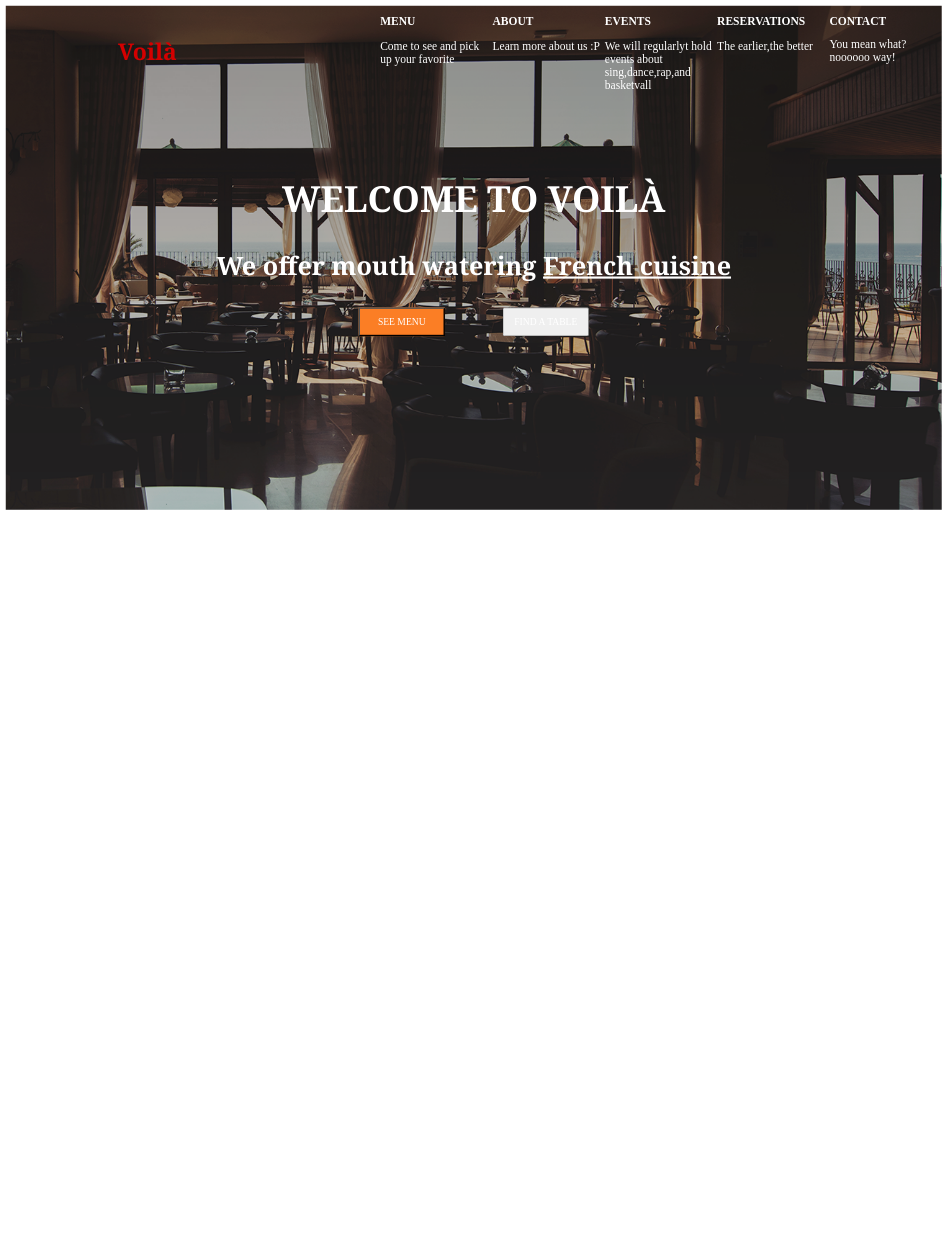
Repository: sis-shen/HTML_vsc
Page: adc_v2/index.html
An editor plug-in stored every save of this project. The page is shown before and after the next save, followed by the edit.
The browser window is 1280 px wide. The page is 1308 px wide, so the pictures cover 1308 px, including what lies to the right of the window. The pictures show the whole page, at 72% of full size.
The pointer rests on the first visible `.b-left button`.

Above is the page before, as saved 2023-08-14 08:50:57.

### adc_v2/index.html
<!DOCTYPE html>
<html lang="zh-CN">
<head>
    <meta charset="UTF-8">
    <meta name="viewport" content="width=device-width, initial-scale=1.0">
    <title>王八餐厅</title>
    <link rel="stylesheet" href="style.css">
    <link rel="shotcut icon" href="img/王者.png">
</head>
<body>
    <div class="top-box">
        <div class="nav">
            <div class="t-left"><h1>Voilà </h1></div>

            <div class="t-right">
                <div class="nav-box"><h2>MENU</h2>
                    <p>Come to see and pick up your favorite</p></div>
                <div class="nav-box"><h2>ABOUT</h2>
                    <p>Learn more about us :P</p></div>
                <div class="nav-box"><h2>EVENTS</h2>
                    <p>We will regularlyt hold events about sing,dance,rap,and basketvall</p></div>
                <div class="nav-box"><h2>RESERVATIONS</h2>
                    <p>The earlier,the better</p></div>
                <div class="nav-box"><h2>CONTACT</h2>
                    You mean what?noooooo way!</div>
            </div>
        </div>

        <h1 id="wel">WELCOME TO VOILÀ</h1>
        <h3>We offer mouth watering <u>French cuisine</u></h3>

        <div class="button-box">
            <div class="b-left">
                <a href="menu.html"><button>SEE MENU</button></a>
            </div>
            <div class="b-right">
                <a href="table.index"><button>FIND A TABLE</button></a>
            </div>
        </div>


    </div>
</body>
</html>

### adc_v2/style.css
body {
    box-sizing: border-box;
    font-family:Georgia, 'Times New Roman', Times, serif;

}

.top-box{
    margin:auto;

    width: 1300px;
    height: 700px;
    background-image: url("img/top.png");
    padding-bottom: 1000px;
    background-repeat: no-repeat;

}

.nav {
    width: 100%;
    height: 200px;
    /* background-color: rgba(0, 255, 255, 0.207); */
    display: flex;
}

.t-left{
    height:100%;
    width: 40%;
    /* background-color: rgba(255, 0, 0, 0.236); */
}

.t-right{
    display: flex;
    height: 100%;
    width:60%;
    font-family: 微软雅黑;
}

.nav-box{
    width: 20%;
    height: 100%;
    /* background-color: rgba(255, 255, 0, 0.149); */
    color: #fff;
}

.top-box h2{
    font-size:medium
}

.t-left h1{
    color:rgb(212, 0, 0);
    position: relative;
    left:30%;
    top:20px;
}

#wel{
    text-align: center;
    color: #fff;

    font-size: 50px;
}

.top-box h3{
    text-align: center;
    color: #fff;
    font-size: 35px;
}

.button-box{
    display: flex;
    align-items: center;
    justify-content: center;
}

.button-box button{
    width: 120px;
    height: 40px;
    margin-inline: 40px;
    font-family: 微软雅黑;
    color: #fff;
}

.b-left button{
    background-color: rgb(255, 106, 0);
}

.b-left button:hover{
    background-color: rgb(251, 126, 37);

}

After the next save:
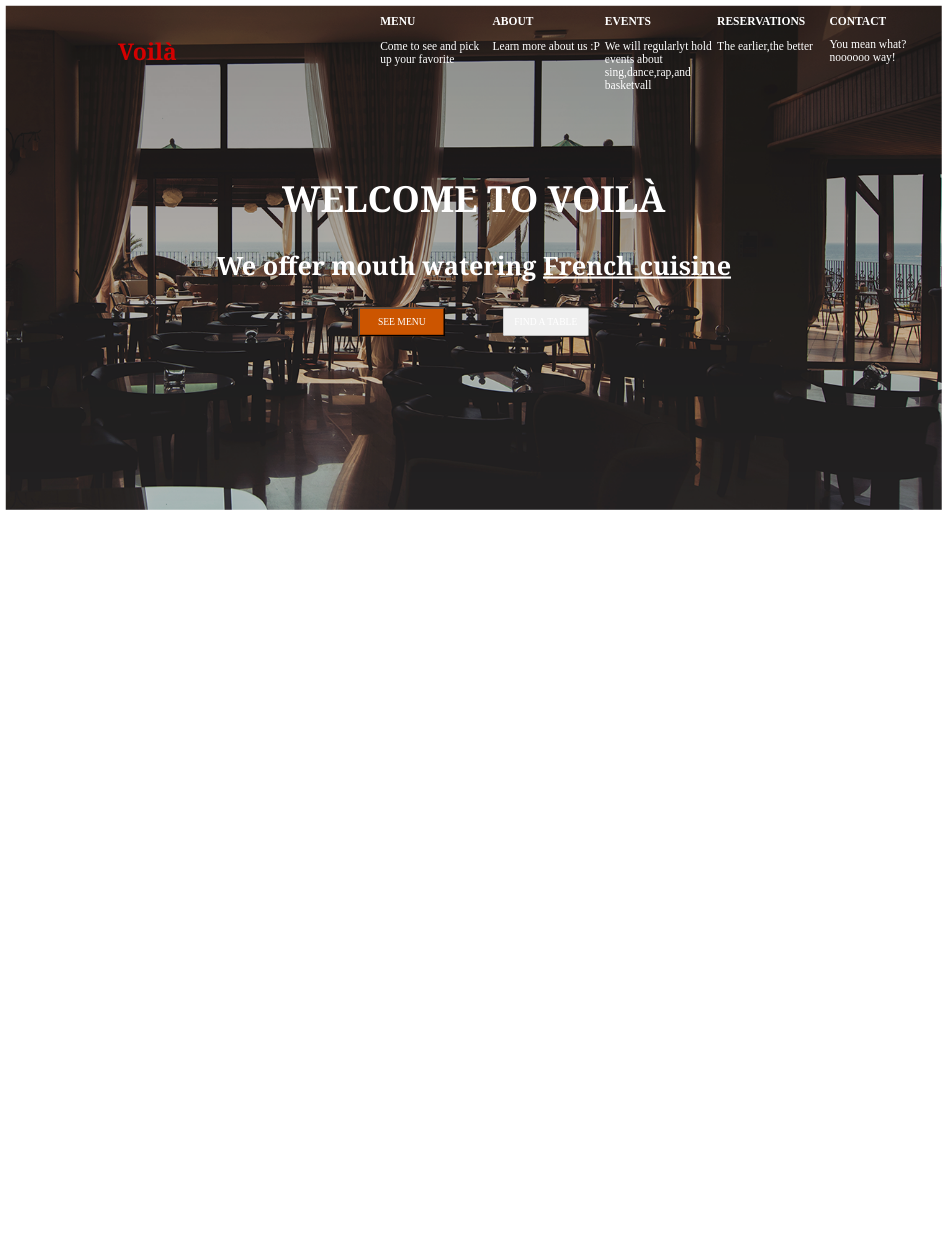
Saved 13 s later.
--- a/adc_v2/style.css
+++ b/adc_v2/style.css
@@ -85,6 +85,6 @@
 }
 
 .b-left button:hover{
-    background-color: rgb(251, 126, 37);
+    background-color: rgb(204, 85, 0);
 
 }
